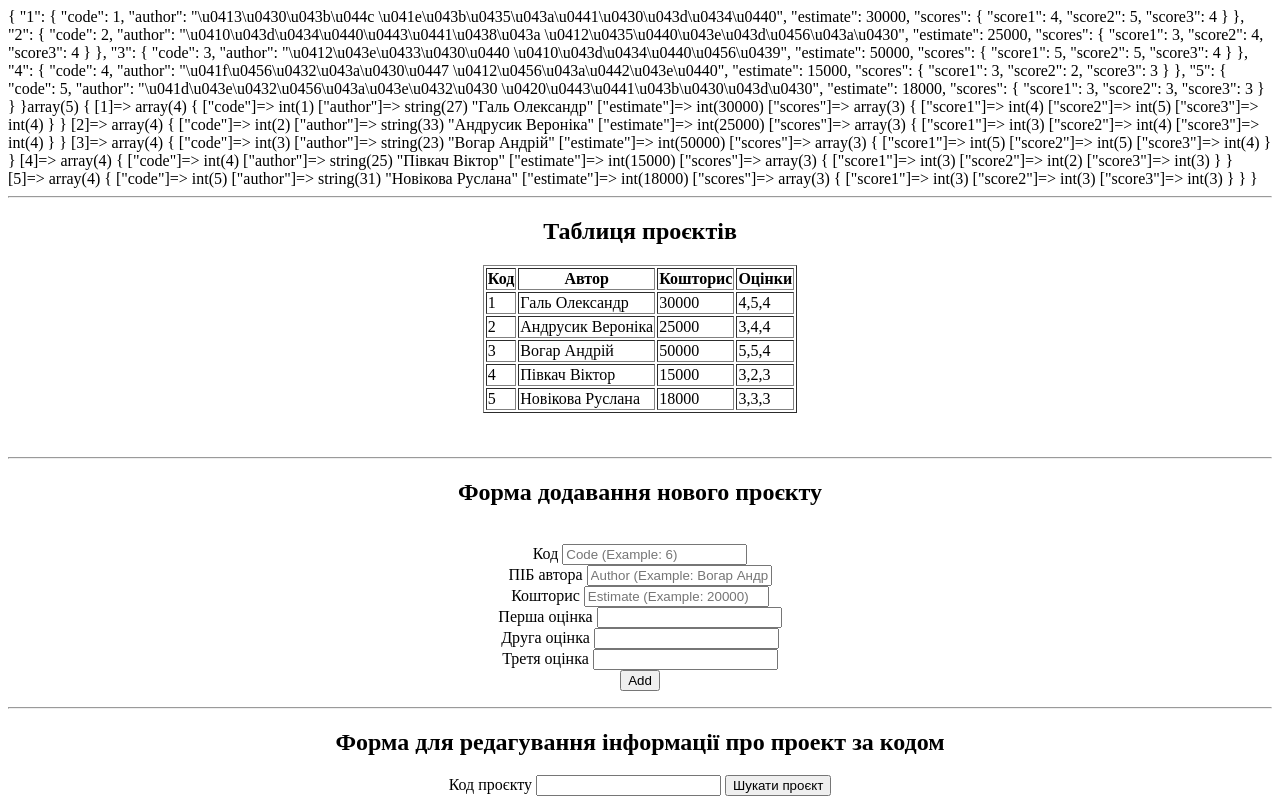
Repository: AndriyVohar/PHP-learn
Page: http://localhost/
These files come from the project's save history. The page is drawn as it stood at one moment and after the next save; the edit follows.
The browser window is 1280 px wide. The pictures show the whole page.
The page is run by PHP 8.4 with error messages shown; the project is at /var/www/html/.

Above is the page before, as saved 2023-10-04 20:06:08.

### Lab-2/index.php
<?php
// $fp = fopen('projects-data.json','r');
// $projectsJSON = readfile('projects-data.json');
// var_dump($projectsJSON);
$projectsJSON = file_get_contents('projects-data.json');
$pr = json_decode($projectsJSON);
echo $projectsJSON;
$projects = [
    1=>[
        'code'=>1,
        'author'=>'Галь Олександр',
        'estimate'=>30000,
        'scores'=>[
            'score1'=>4,
            'score2'=>5,
            'score3'=>4,
        ],
    ],
    2=>[
        'code'=>2,
        'author'=>'Андрусик Вероніка',
        'estimate'=>25000,
        'scores'=>[
            'score1'=>3,
            'score2'=>4,
            'score3'=>4,
        ],
    ],
    3=>[
        'code'=>3,
        'author'=>'Вогар Андрій',
        'estimate'=>50000,
        'scores'=>[
            'score1'=>5,
            'score2'=>5,
            'score3'=>4,
        ],
    ],
    4=>[
        'code'=>4,
        'author'=>'Півкач Віктор',
        'estimate'=>15000,
        'scores'=>[
            'score1'=>3,
            'score2'=>2,
            'score3'=>3,
        ],
    ],
    5=>[
        'code'=>5,
        'author'=>'Новікова Руслана',
        'estimate'=>18000,
        'scores'=>[
            'score1'=>3,
            'score2'=>3,
            'score3'=>3,
        ],
    ],
];
var_dump($projects);
// $fp = fopen('projects-data.json','w');
// fputs($fp,$projectJSON);
// fclose($fp);
$projectJSON = json_encode($projects);
file_put_contents('projects-data.json',$projectJSON);
//2. Вивести дані про об'єкти в таблицю.
include 'table.phtml';

//3. Підготувати функцію для вибору всіх елементів масиву, що відповідають запиту. Вивести їх в таблицю.
function filteredProjects($projects, $maxEstimate, $minSumScores){
    echo '
    <br><br>
    <h2>Відфільтрований список проектів</h2><br>
    <center>
    <table border="1">
        <tr>
        <th>Код</th>
        <th>Автор</th>
        <th>Кошторис</th>
        <th>Оцінки</th>
        </tr>
    ';
    foreach($projects as $project){
        if(($project['estimate']<=$maxEstimate)&&(($project['scores']['score1']+$project['scores']['score2']+$project['scores']['score3'])>=$minSumScores)){
            echo '<tr>
            <td>'.$project['code'].'</td>
            <td>'.$project['author'].'</td>
            <td>'.$project['estimate'].'</td>
            <td>'.$project['scores']['score1'].','
                .$project['scores']['score2'].','
                .$project['scores']['score3'].','.
            '</td>
            </tr>';
        }
    }
    echo '</table></center>';
}

// 4. Передбачити можливість передачі параметрів запиту через рядок стану (наприклад index.php?country=ukraine&min_age=18)
if(isset($_GET['max_estimate'])&&isset($_GET['min_sum_scores'])){
    $maxEstimate = intval($_GET['max_estimate']);
    $minSumScores = intval($_GET['min_sum_scores']);
    filteredProjects($projects,$maxEstimate,$minSumScores);
}

// 5. Створити форму для додавання нового об'єкту до масиву.
include 'form.phtml';
//Додавання об'єкту до масиву
if($_SERVER['REQUEST_METHOD']==='POST'&&isset($_POST['code'])){
    $code = $_POST['code'];
    $author = $_POST['author'];
    $estimate = $_POST['estimate'];
    $scores = $_POST['scores'];

    $projects[(int)$code] = [
        'code'=>$code,
        'author'=>$author,
        'estimate'=>$estimate,
        'scores'=>$scores,
    ];

    include 'table.phtml';
}

// 6. Створити форму редагування даних про об'єкт.
include 'form_change.phtml';
// 7. Перед редагуванням здійснити валідацію даних (ПІБ не може бути порожнім рядком, заробітна плата повинна бути невід'ємним числом, тощо).
if ($_SERVER["REQUEST_METHOD"] === "POST" && isset($_POST["edit-code"])) {
    $editCode = $_POST["edit-code"];
    $projectToEdit = $projects[(int)$editCode];

    if($projectToEdit){
        ?>
        <center>
        <form method="POST">
            <input type="hidden" name="edit-code" value="<?=$editCode; ?>">
            <label>
                ПІБ автора
                <input name="edit-author" type="text" id="edit-author" value="<?= $projectToEdit['author'];?>">
            </label><br>
            <label>
                Кошторис
                <input name="edit-estimate" type="number" id="edit-estimate" value="<?= $projectToEdit['estimate'];?>">
            </label><br>
            <label>
                Перша оцінка
                <input name="edit-score1" type="number" id="edit-score1" value="<?= $projectToEdit['scores']['score1'];?>">
            </label><br>
            <label>
                Друга оцінка
                <input name="edit-score2" type="number" id="edit-score2" value="<?= $projectToEdit['scores']['score2'];?>">
            </label><br>
            <label>
                Третя оцінка
                <input name="edit-score3" type="number" id="edit-score3" value="<?= $projectToEdit['scores']['score3'];?>">
            </label><br>
            <button name="change-project" type="submit">Змінити дані</button>
        </form>
        </center>
        <?php

        //Валідація даних, а після цього запис у масив проектів
        if($_SERVER["REQUEST_METHOD"]==="POST"&&isset($_POST["edit-author"])){
            $editAuthor = $_POST["edit-author"];
            $editEstimate = $_POST["edit-estimate"];
            $editScore1=$_POST["edit-score1"];
            $editScore2=$_POST["edit-score2"];
            $editScore3=$_POST["edit-score3"];
            if($editAuthor===''||(int)$editEstimate<0||(int)$editScore1<0||(int)$editScore2<0||(int)$editScore3<0){
                return false;
            }
            $projects[(int)$editCode] = [
                'code'=>$editCode,
                'author'=>$editAuthor,
                'estimate'=>$editEstimate,
                'scores'=>[
                    'score1'=>$editScore1,
                    'score2'=>$editScore2,
                    'score3'=>$editScore3,
                ],
            ];
            include 'table.phtml';
        }
    }
}

### Lab-2/projects-data.json
{
	"1":
	{
		"code": 1,
		"author": "\u0413\u0430\u043b\u044c \u041e\u043b\u0435\u043a\u0441\u0430\u043d\u0434\u0440",
		"estimate": 30000,
		"scores":
		{
			"score1": 4,
			"score2": 5,
			"score3": 4
		}
	},
	"2":
	{
		"code": 2,
		"author": "\u0410\u043d\u0434\u0440\u0443\u0441\u0438\u043a \u0412\u0435\u0440\u043e\u043d\u0456\u043a\u0430",
		"estimate": 25000,
		"scores":
		{
			"score1": 3,
			"score2": 4,
			"score3": 4
		}
	},
	"3":
	{
		"code": 3,
		"author": "\u0412\u043e\u0433\u0430\u0440 \u0410\u043d\u0434\u0440\u0456\u0439",
		"estimate": 50000,
		"scores":
		{
			"score1": 5,
			"score2": 5,
			"score3": 4
		}
	},
	"4":
	{
		"code": 4,
		"author": "\u041f\u0456\u0432\u043a\u0430\u0447 \u0412\u0456\u043a\u0442\u043e\u0440",
		"estimate": 15000,
		"scores":
		{
			"score1": 3,
			"score2": 2,
			"score3": 3
		}
	},
	"5":
	{
		"code": 5,
		"author": "\u041d\u043e\u0432\u0456\u043a\u043e\u0432\u0430 \u0420\u0443\u0441\u043b\u0430\u043d\u0430",
		"estimate": 18000,
		"scores":
		{
			"score1": 3,
			"score2": 3,
			"score3": 3
		}
	}
}

### Lab-2/table.phtml
<?php
/** @var array $projects */
$projects;
?>

<hr>
<center>
<h2>Таблиця проєктів</h2>
<table border="1">
    <tr>
        <th>Код</th>
        <th>Автор</th>
        <th>Кошторис</th>
        <th>Оцінки</th>
    </tr>
    <?php foreach ($projects as $project): ?>
    <tr>
        <td><?= $project['code']; ?></td>
        <td><?= $project['author']; ?></td>
        <td><?= $project['estimate']; ?></td>
        <td><?= implode(',',$project['scores']); ?></td>
    </tr>
    <?php endforeach;?>
</table>
</center>

### Lab-2/form.phtml
<br><br>
<hr>
<center>
<h2>Форма додавання нового проєкту</h2><br>
<form method="POST">
    <label>
        Код
        <input type="number" id="code" name="code" placeholder="Code (Example: 6)">
    </label><br>
    <label>
        ПІБ автора
        <input type="text" id="author" name="author" placeholder="Author (Example: Вогар Андрій)">
    </label><br>
    <label>
        Кошторис
        <input type="number" id="estimate" name="estimate" placeholder="Estimate (Example: 20000)">
    </label><br>
    <label>
        Перша оцінка
        <input type="number" id="score1" name="scores[score1]">
    </label><br>
    <label>
        Друга оцінка
        <input type="number" id="score2" name="scores[score2]">
    </label><br>
    <label>
        Третя оцінка
        <input type="number" id="score3" name="scores[score3]">
    </label><br>
    <button type="submit">Add</button>
</form>
</center>

### Lab-2/form_change.phtml
<center>
<form method="POST">
    <hr>
    <h2>Форма для редагування інформації про проект за кодом</h2>

    <label>
        Код проєкту
        <input name="edit-code" type="text" id="edit-code">
    </label>
    <button type="submit">Шукати проєкт</button>
</form>
</center>

After the next save:
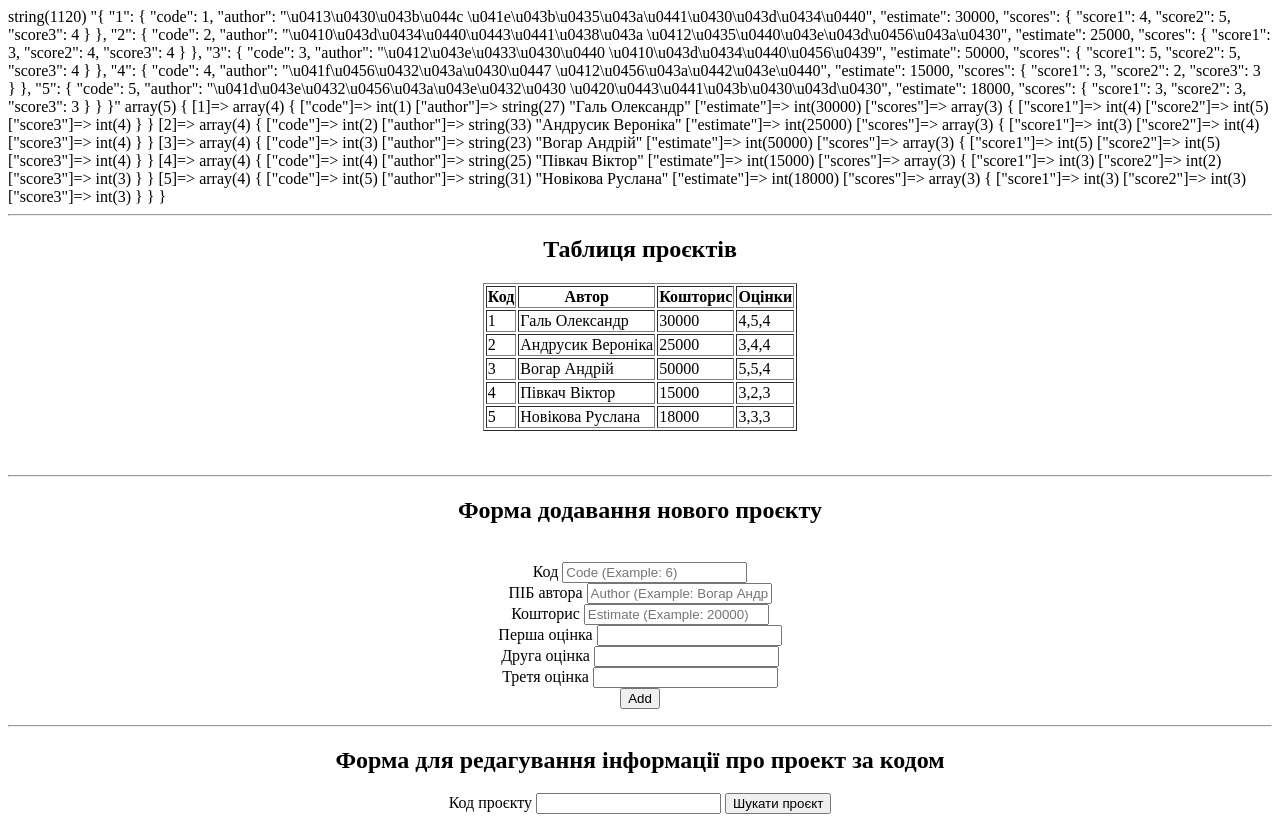
Saved 21 s later.
--- a/Lab-2/index.php
+++ b/Lab-2/index.php
@@ -4,7 +4,7 @@
 // var_dump($projectsJSON);
 $projectsJSON = file_get_contents('projects-data.json');
 $pr = json_decode($projectsJSON);
-echo $projectsJSON;
+var_dump($projectsJSON);
 $projects = [
     1=>[
         'code'=>1,
